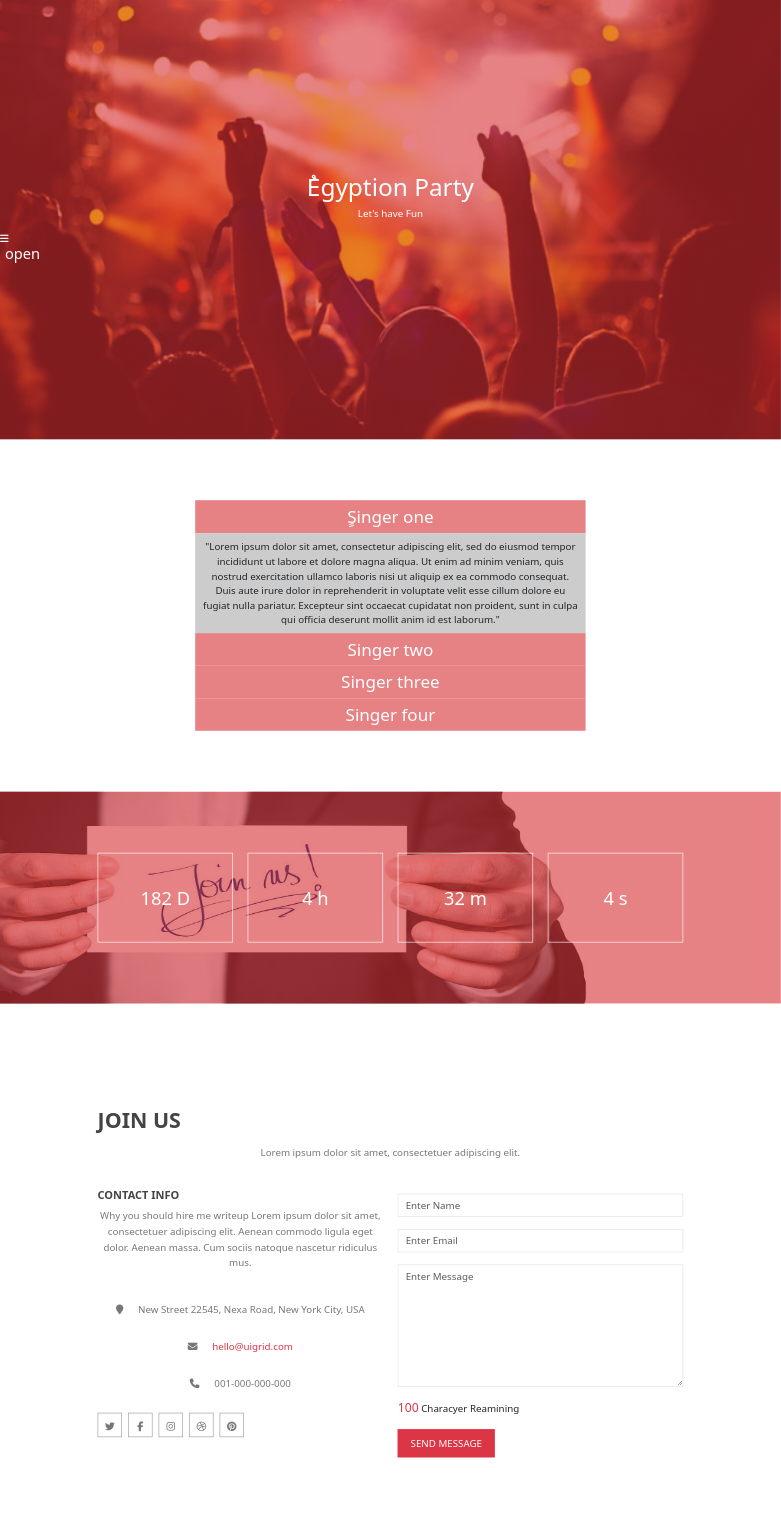
Repository: HagarYousry/jQuery
Page: index.html
An editor plug-in stored every save of this project. The page is shown before and after the next save, followed by the edit.
The browser window is 1280 px wide. The pictures show the whole page, at 61% of full size.

Above is the page before, as saved 2024-07-25 19:38:47.

After the next save:
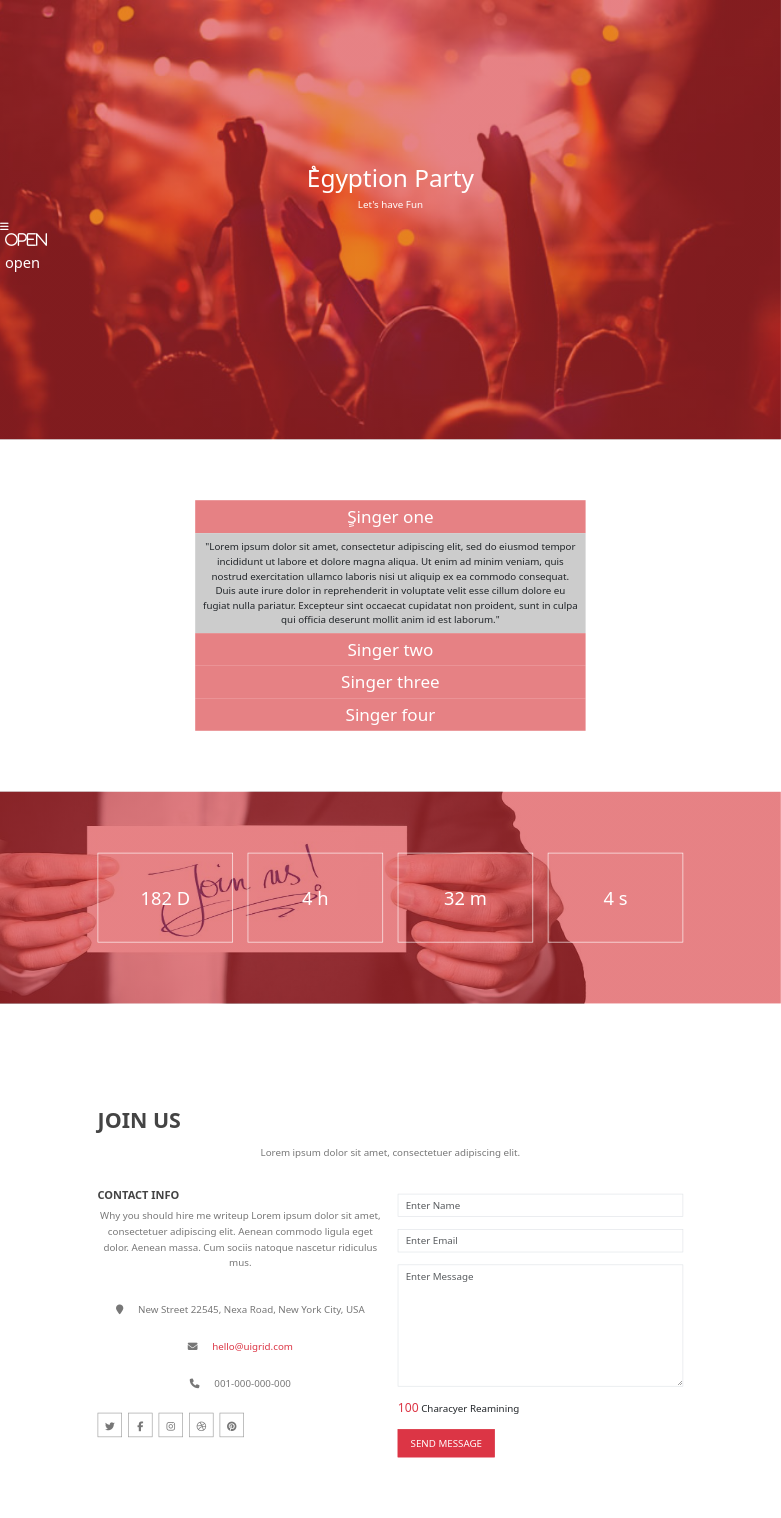
Saved 22 s later.
--- a/index.html
+++ b/index.html
@@ -30,7 +30,7 @@
                 <h1>ُEgyption Party</h1>
                 <p>Let's have Fun</p>
                 <span class="navIcon align-self-start">
-                    <i class="fa-solid fa-bars"></i>
+                    <i class="fa-solid fa-bars"><h4 class="ms-2">open</h4></i>
                     <h4 class="ms-2">open</h4>
                 </span>
             </div>

After the save that followed:
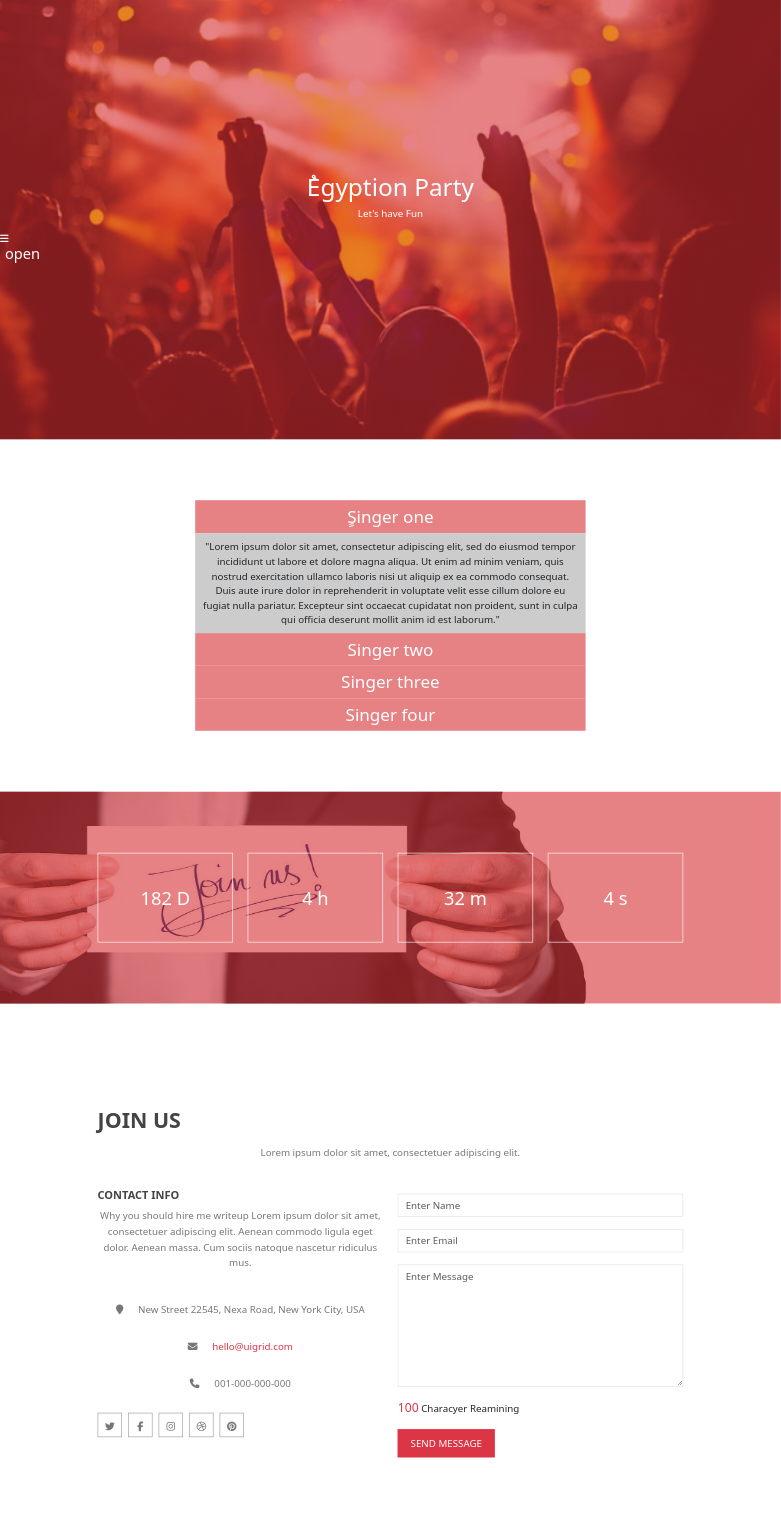
Saved 6 s later.
--- a/index.html
+++ b/index.html
@@ -30,7 +30,7 @@
                 <h1>ُEgyption Party</h1>
                 <p>Let's have Fun</p>
                 <span class="navIcon align-self-start">
-                    <i class="fa-solid fa-bars"><h4 class="ms-2">open</h4></i>
+                    <i class="fa-solid fa-bars"></i>
                     <h4 class="ms-2">open</h4>
                 </span>
             </div>
